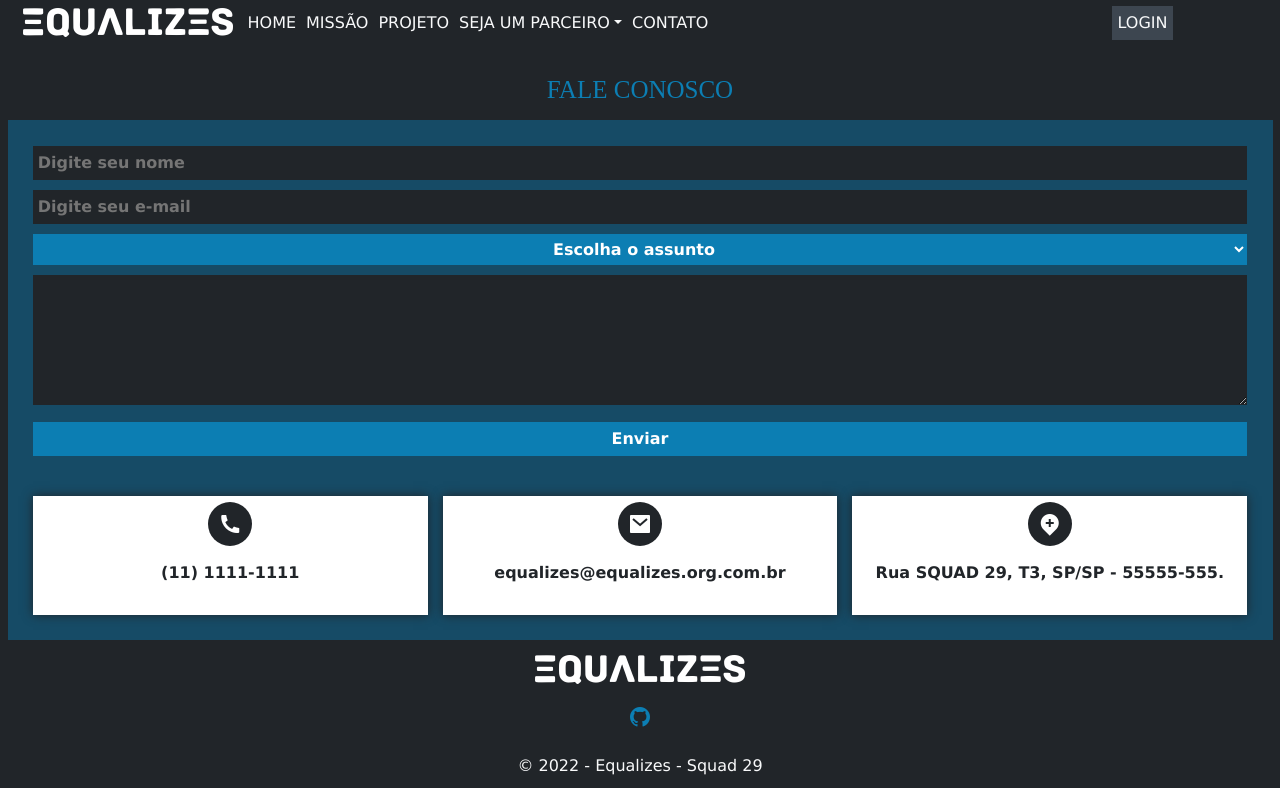
Repository: SQUAD29T3/-SpringEqualizesFinal
Page: http://localhost/site/contato
The author's editor kept a copy of each file at every save. The page is drawn from the files as they stood at one save, then again after the next save.
The browser window is 1280 px wide. The pictures show the whole page.
The page is this project's Thymeleaf template; nobody is signed in. The template is opened directly, without the code that normally fills it, so the values that code supplies are empty.

Above is the page before, as saved 2022-10-25 01:11:25.

After the next save:
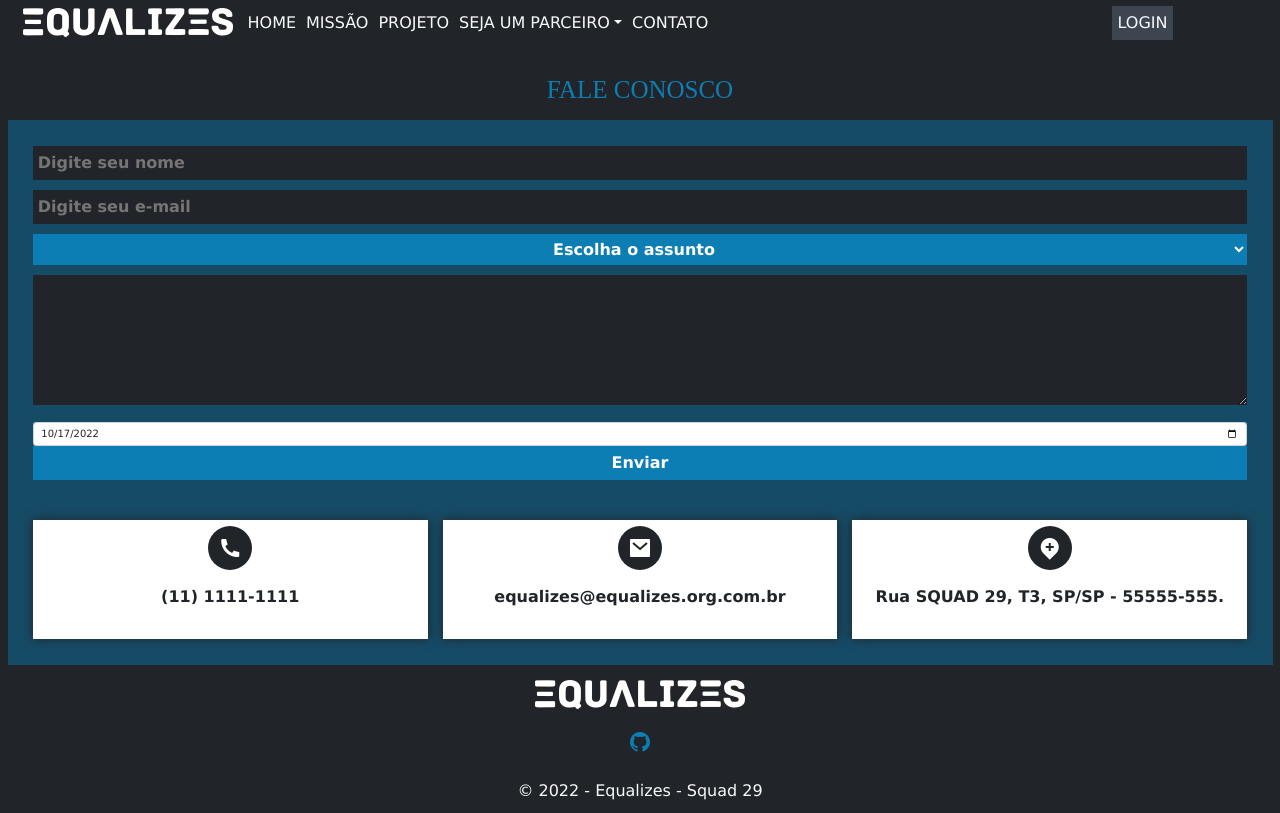
Saved 26 s later.
--- a/SpringEqualizes/src/main/resources/templates/site/contato.html
+++ b/SpringEqualizes/src/main/resources/templates/site/contato.html
@@ -159,7 +159,7 @@
 						<div class="col-12 mt-3">
 
 							<input type="date" class="form-control" name="dataContato" th:field="*{dataContato}"
-								id="dataContato" hidden />
+								id="dataContato"  />
 
 							<input type="submit" value="Enviar">
 
